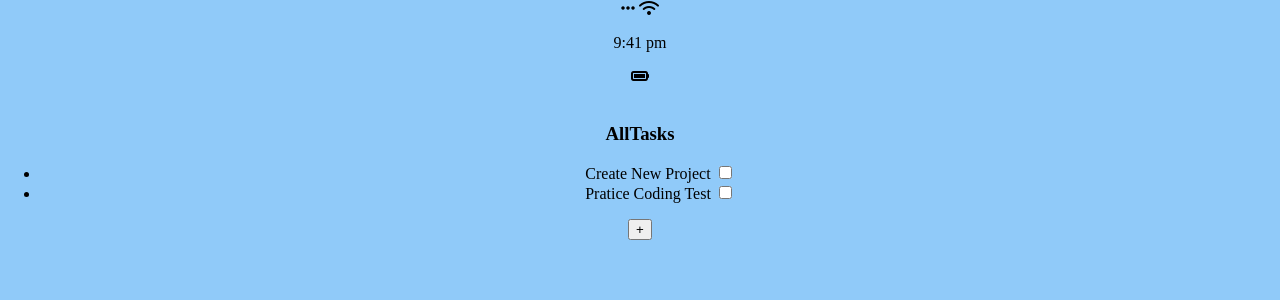
Repository: EEOOOO/javascript-projects
Page: todoListApp/index.html
The author's editor kept a copy of each file at every save. The page is drawn from the files as they stood at one save, then again after the next save.
The browser window is 1280 px wide. The pictures show the whole page.
Some icons come from a web library that is not loaded, so they are not drawn. Some web libraries are served in a nearby version.

Above is the page before, as saved 2022-07-29 15:45:24.

After the next save:
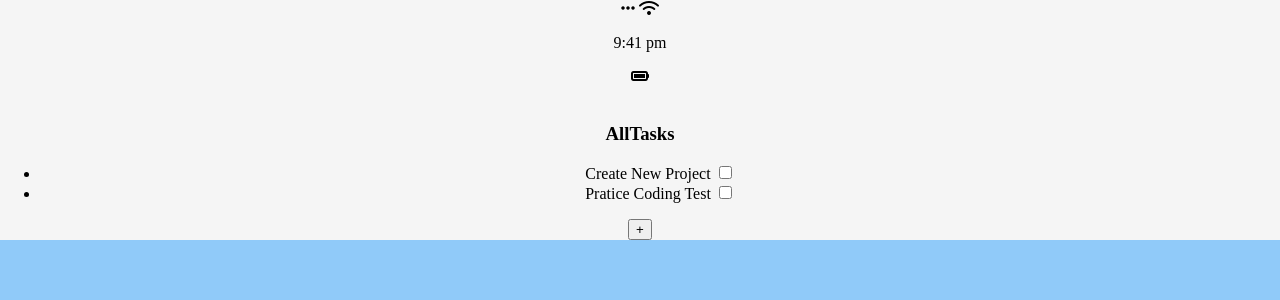
Saved 18 s later.
--- a/todoListApp/style.css
+++ b/todoListApp/style.css
@@ -1,5 +1,6 @@
 :root {
   --color-blue: #90caf9;
+  --color-white: #f5f5f5;
 }
 body {
   background-color: var(--color-blue);
